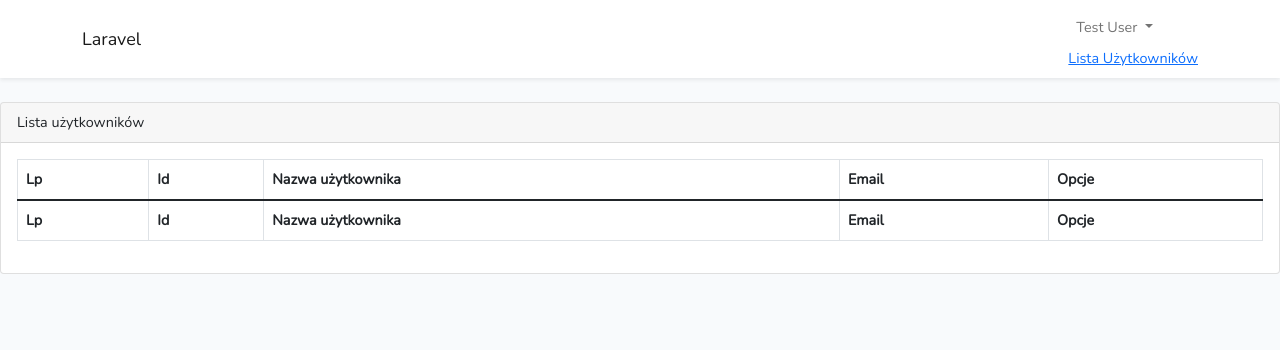
Repository: Abuziarova/grupa_rbr
Page: http://localhost/users
The author's editor kept a copy of each file at every save. The page is drawn from the files as they stood at one save, then again after the next save.
The browser window is 1280 px wide. The pictures show the whole page.
The page is served by the project's Laravel application, run on PHP 8.4 with Laravel 8. A made-up administrator, Test User (test@example.com), is signed in. Queries for data that is not in the repository find no rows.

Above is the page before, as saved 2022-01-29 21:41:51.

After the next save:
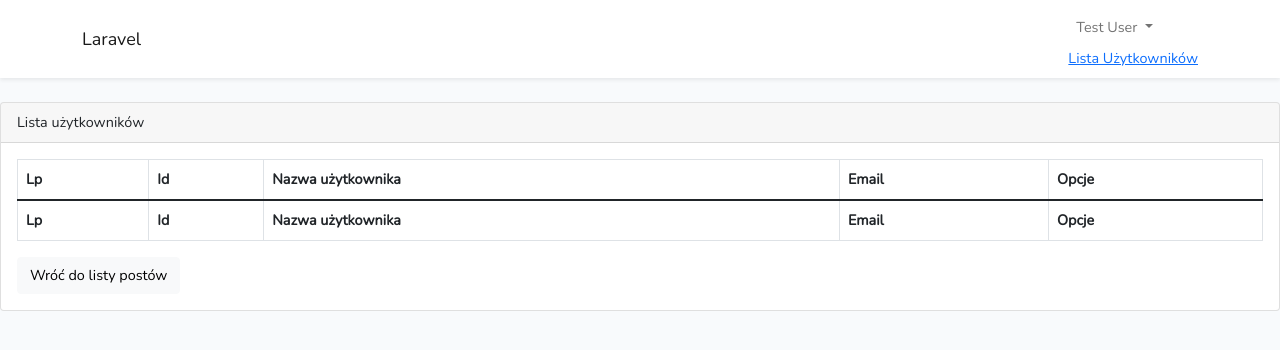
Saved 31 s later.
--- a/resources/views/user/list.blade.php
+++ b/resources/views/user/list.blade.php
@@ -37,6 +37,7 @@
                     </tbody>
                 </table>
             </div>
+            <a href="{{ route('posts') }}" class="btn btn-light">Wróć do listy postów</a>
         </div>
     </div>
 @endsection
